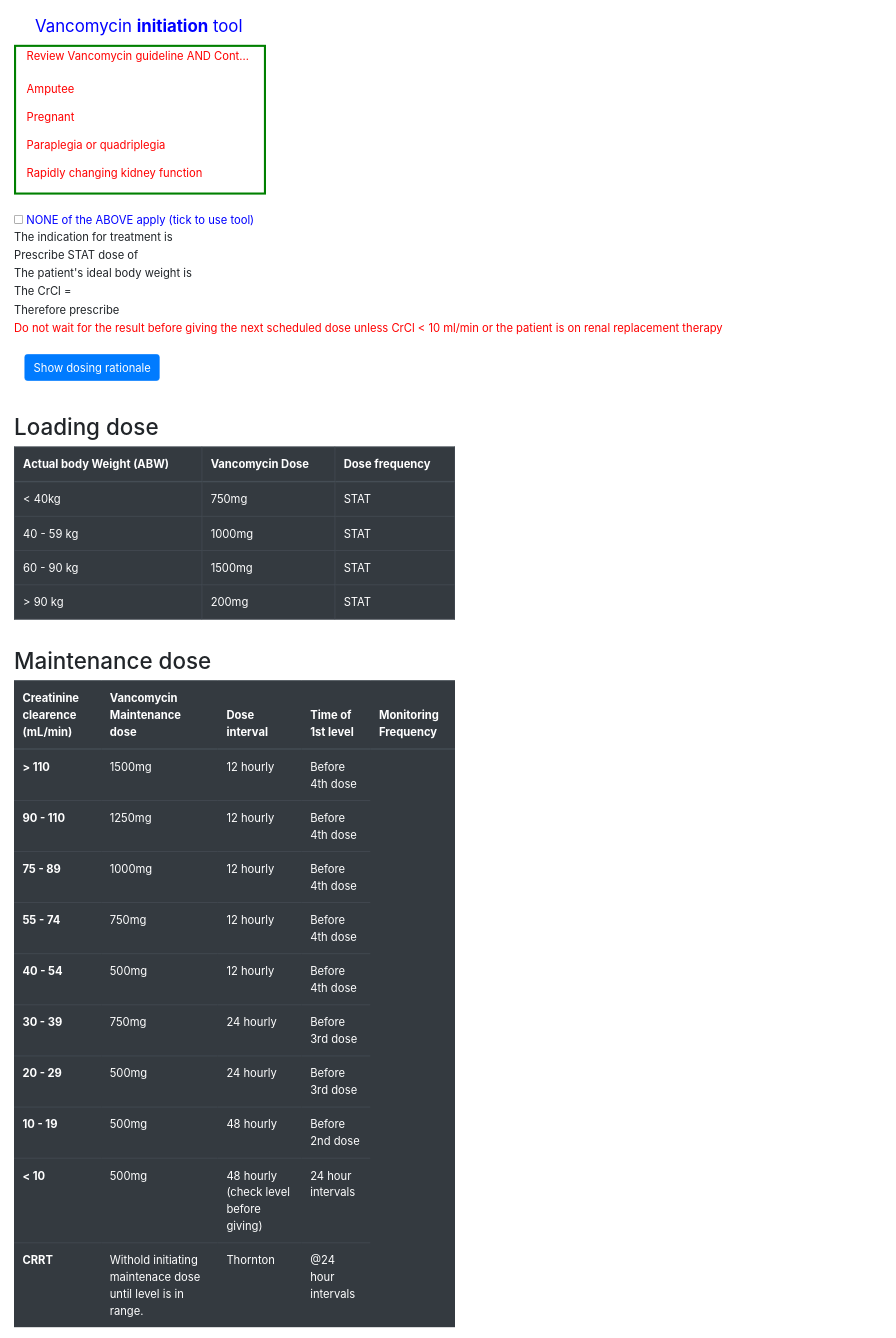
Repository: Mismiles/project-clinical-calculator
Page: index.html
The author's editor kept a record of every edit. The page is drawn from the files as they stood at one moment, then again after the next edit.
The browser window is 1280 px wide. The pictures show the whole page, at 70% of full size.

Above is the page before.

### index.html
<!doctype html>
<html lang="en">
  <head>
    <!-- Required meta tags -->
    <meta charset="utf-8">
    <meta name="viewport" content="width=device-width, initial-scale=1, shrink-to-fit=no">

    <!-- Bootstrap CSS -->
    <link rel="stylesheet" href="https://stackpath.bootstrapcdn.com/bootstrap/4.3.1/css/bootstrap.min.css" integrity="sha384-ggOyR0iXCbMQv3Xipma34MD+dH/1fQ784/j6cY/iJTQUOhcWr7x9JvoRxT2MZw1T" crossorigin="anonymous">

    <!-- Custom CSS -->
    <link href="css/stylesheet.css" rel="stylesheet">

    <title>Vancomycin calculation tool</title>

  </head>
  <body>

<form name="vanc">
<fieldset>

<!-- Form Name -->
<legend>Vancomycin <b>initiation</b> tool</legend>

<!-- Parameters -->
<section id='parameters'>
  <div class="col-md-4 statement" for="parameters" style="color:red">Review Vancomycin guideline AND Contact Pharmacy if any apply, as this tool will not give relevant advice.
    <br>
    <br>
    <p>Amputee</p>
    <p>Pregnant</p>
    <p>Paraplegia or quadriplegia</p>
    <p>Rapidly changing kidney function</p>
	</div>
</section>

<!-- Safe to use tool-->
	<br>
	<div style="color:blue">
      <input type="checkbox" name="parameters" id="showform" onclick="displayForm(); hideParameters();">
      NONE of the ABOVE apply (tick to use tool)
</div>

<section id='vancform'>
<!-- Indication-->
<br>
<div class="form-group">
  <label class="col-md-4 control-label" for="indication"><b>Indication</b></label>
  <div class="col-md-4">
  <input id="ind" name="indication" type="text" autocomplete="off" placeholder="Specify" class="form-control input-md" required="">
  </div>
</div>

<!-- Gender -->
<div class="form-group">
  <label class="col-md-4 control-label" for="gender"><b>Gender</b></label>
  <div class="col-md-4">
   <div class="btn-group btn-group-toggle" data-toggle="buttons">
  <label class="btn btn-outline-primary">
    <input type="radio" name="options" id="male" value="males" onclick="getGender()"> Male
  </label>
  <label class="btn btn-outline-danger">
    <input type="radio" name="options" id="female" value="females" onclick="getGender()"> Female
  </label>
</div>
  </div>
</div>

<!-- Age-->
<div class="form-group">
  <label class="col-md-4 control-label" for="age"><b>Age</b></label>
  <div class="col-md-4">
  <input id="age" name="age" type="text" maxlength="3" placeholder="Age in years" autocomplete="off" class="form-control input-md" required="">
  </div>
</div>

<!-- Weight-->
<div class="form-group">
  <label class="col-md-4 control-label" for="weight"><b>Weight in kg</b></label>
  <div class="col-md-4">
  <input id="weight" name="weight" type="text" maxlength="3" placeholder="Weight in kg" autocomplete="off" class="form-control input-md" required="">
</div>
</div>

<!-- Date picker-->
<div class="form-group">
        <label class="col-md-4 control-label" for="date"><b>Date Weight Taken</b></label>
          <div class="col-md-4">
        <input id="form-control input-md date" name="date" autocomplete="off" placeholder="MM/DD/YYY" type="date" required="" onclick="verifyDate()">
          </div>
</div>
<p id="datemessage"></p>

  <div class="checkbox">
    <label for="parameters-0">
      <input type="radio" name="parameters" id="abnormalWeight" value="" onclick="displayHeight();">
      Abnormal Weight (BMI &lt; 18.5 OR BMI &gt; 25) <br><span style="color:green"><i>Tick to help calculate BMI</i></span>
    </label>
	</div>

	 <div class="checkbox">
    <label for="parameters-1">
      <input type="radio" name="parameters" id="normalweight" value="" onclick="toggleIBW(); displayHeight();">
      Normal weight (BMI &gt; 18.5 and &lt; 25)
    </label>
	</div>
</div>
</div>

<!-- Height-->
<section id="heightbox" class="form-group">
  <label class="col-md-4 control-label" for="height"><b>Height in cm</b></label>
  <div class="col-md-4">
  <input id="height" name="height" type="text" maxlength="3" autocomplete="off" placeholder="Height in cm" class="form-control input-md" required="">
</div>
</section>

<!-- Creatinine-->
<div class="form-group">
  <label class="col-md-4 control-label" for="creatinine"><b>Serum Creatinine in µmol/L</b></label>
  <div class="col-md-4">
  <input id="creatinine" name="creatinine" type="text" autocomplete="off" maxlength="3" placeholder="Creatinine" class="form-control input-md" data-bind="value:replyNumber" required="">
  </div>
</div>

<!-- Disclaimer-->
<div style="color:red">
      <input type="checkbox" name="safetyline" id="disclaimer" onclick="safety();">
      I confirm that this tool takes no clinical responsibility for outcomes <br>
      and I will use this tool <b>only to aid my ultimate clinical decision.</b>
</div>

<!-- Button -->
<div class="form-group">
  <label class="col-md-4 control-label" for="calculate"></label>
  <div class="col-md-4">
    <script type="text/javascript" src="js/calculation.js"></script>
    <button id="calc" name="calculate" type="button" class="btn btn-primary" onclick="runCalcs();" >Display dose and monitoring advice</button>
  </div>
</div>

</fieldset>
</form>
</section>

<section id="dosingAdvice">
<p id="indication" class="text">The indication for treatment is</p>
<p id="stat_dose" class="text">Prescribe STAT dose of</p>
<p id="bmi_calc" class="text">The patient's BMI is</p>
<p id="ibw_text" class="text">The patient's ideal body weight is</p>
<p id="result_g" class="text">The CrCl =</p>
<p id="main_dose" class="text">Therefore prescribe</p>
<p id="poor_renal"class="text">Do not wait for the result before giving the next scheduled dose unless CrCl < 10 ml/min
or the patient is on renal replacement therapy</p>

<br>

<!-- Explain Button -->
  <div class="col-md-4">
    <button id="explain" name="exp" type="button" class="btn btn-primary" onclick="displayReasoning(); highlightWtable(); highlightRtable(); explain(); scrollWin();" >Show dosing rationale</button>
  </div>
</div>

</section>

<br>

<section id="explainDosing"
<!--Show formulas -->
<div id="showFormulas"></div>

<br>


<h2>Loading dose</h2>

<table class="col-md-6 table table-bordered table-dark">
  <thead>
    <tr>
      <th scope="col">Actual body Weight (ABW)</th>
      <th scope="col">Vancomycin Dose</th>
      <th scope="col">Dose frequency</th>
    </tr>
  </thead>
  <tbody>
    <tr id="under40">
      <td>< 40kg</td>
      <td>750mg</td>
      <td>STAT</td>
    </tr>
    <tr id="w40to59">
      <td>40 - 59 kg</td>
      <td>1000mg</td>
      <td>STAT</td>
    </tr>
    <tr id="w60to90">
      <td>60 - 90 kg</td></td>
      <td>1500mg</td>
      <td>STAT</td>
    </tr>
    <tr id="over90">
      <td>> 90 kg</td></td>
      <td>200mg</td>
      <td>STAT</td>
    </tr>
  </tbody>
</table>

<br>

<h2>Maintenance dose</h2>

<table class="col-md-6 table table-dark">
  <thead>
    <tr>
      <th scope="col">Creatinine clearence (mL/min)</th>
      <th scope="col">Vancomycin Maintenance dose</th>
      <th scope="col">Dose interval</th>
      <th scope="col">Time of 1st level</th>
      <th scope="col">Monitoring Frequency</th>
    </tr>
  </thead>
  <tbody>
    <tr id="rOver110">
      <th>> 110</th>
      <td>1500mg</td>
      <td>12 hourly</td>
      <td>Before 4th dose</td>
    </tr>
    <tr id="r90to110">
      <th>90 - 110</th>
      <td>1250mg</td>
      <td>12 hourly</td>
      <td>Before 4th dose</td>
    </tr>
    <tr  id="r75to89">
      <th>75 - 89</th>
      <td>1000mg</td>
      <td>12 hourly</td>
      <td>Before 4th dose</td>
    </tr>
     <tr id="r55to74">
      <th>55 - 74</th>
      <td>750mg</td>
      <td>12 hourly</td>
      <td>Before 4th dose</td>
    </tr>
    <tr id="r40to54">
      <th>40 - 54</th>
      <td>500mg</td>
      <td>12 hourly</td>
      <td>Before 4th dose</td>
    </tr>
    <tr id="r30to39">
      <th>30 - 39</th>
      <td>750mg</td>
      <td>24 hourly</td>
      <td>Before 3rd dose</td>
    </tr>
    <tr id="r20to29">
      <th>20 - 29</th>
      <td>500mg</td>
      <td>24 hourly</td>
      <td>Before 3rd dose</td>
    </tr>
    <tr id="r10to19">
      <th>10 - 19</th>
      <td>500mg</td>
      <td>48 hourly</td>
      <td>Before 2nd dose</td>
    </tr>
    <tr id="r10to0">
      <th>< 10</th>
      <td>500mg</td>
      <td>48 hourly (check level before giving)</td>
      <td>24 hour intervals</td>
    </tr>
    <tr id="CRRT">
      <th>CRRT</th>
      <td>Withold initiating maintenace dose until level is in range.</td>
      <td>Thornton</td>
      <td>@24 hour intervals</td>
    </tr>
  </tbody>
</table>


<!-- Image carousel -->
  <div id="carouselExampleIndicators" class="carousel slide row" data-ride="carousel">
  <ol class="carousel-indicators">
    <li data-target="#carouselExampleIndicators" data-slide-to="0" class="active"></li>
    <li data-target="#carouselExampleIndicators" data-slide-to="1"></li>
    <li data-target="#carouselExampleIndicators" data-slide-to="2"></li>
    <li data-target="#carouselExampleIndicators" data-slide-to="3"></li>
    <li data-target="#carouselExampleIndicators" data-slide-to="4"></li>
    <li data-target="#carouselExampleIndicators" data-slide-to="5"></li>
    <li data-target="#carouselExampleIndicators" data-slide-to="6"></li>
    <li data-target="#carouselExampleIndicators" data-slide-to="7"></li>
    <li data-target="#carouselExampleIndicators" data-slide-to="8"></li>
    <li data-target="#carouselExampleIndicators" data-slide-to="9"></li>
  </ol>
  <div class="carousel-inner">
    <div class="carousel-item active">
      <img class="d-block w-60" src="images/vanc1.jpg" alt="First slide">
    </div>
    <div class="carousel-item">
      <img class="d-block w-60" src="images/app1.jpg" alt="Second slide">
    </div>
    <div class="carousel-item">
      <img class="d-block w-60" src="images/app2.jpg" alt="Third slide">
    </div>
    <div class="carousel-item">
      <img class="d-block w-60" src="images/app3.jpg" alt="Fourth slide">
    </div>
    <div class="carousel-item">
      <img class="d-block w-60" src="images/app41.jpg" alt="Fifth slide">
    </div>
    <div class="carousel-item">
      <img class="d-block w-60" src="images/app42.jpg" alt="Sixth slide">
    </div>
     <div class="carousel-item">
      <img class="d-block w-60" src="images/app43.jpg" alt="Seventh slide">
    </div>
     <div class="carousel-item">
      <img class="d-block w-60" src="images/app5.jpg" alt="Eigth slide">
     </div>
     <div class="carousel-item">
      <img class="d-block w-60" src="images/app6.jpg" alt="Ninth slide">
     </div>
  </div>

  <a class="carousel-control-prev" href="#carouselExampleIndicators" role="button" data-slide="prev">
    <span class="carousel-control-prev-icon" aria-hidden="true"></span>
    <span class="sr-only">Previous</span>
  </a>
  <a class="carousel-control-next" href="#carouselExampleIndicators" role="button" data-slide="next">
    <span class="carousel-control-next-icon" aria-hidden="true"></span>
    <span class="sr-only">Next</span>
  </a>
</div>


    <!-- jQuery first, then Popper.js, then Bootstrap JS -->
    <script src="https://code.jquery.com/jquery-3.3.1.slim.min.js" integrity="sha384-q8i/X+965DzO0rT7abK41JStQIAqVgRVzpbzo5smXKp4YfRvH+8abtTE1Pi6jizo" crossorigin="anonymous"></script>
    <script src="https://cdnjs.cloudflare.com/ajax/libs/popper.js/1.14.7/umd/popper.min.js" integrity="sha384-UO2eT0CpHqdSJQ6hJty5KVphtPhzWj9WO1clHTMGa3JDZwrnQq4sF86dIHNDz0W1" crossorigin="anonymous"></script>
    <script src="https://stackpath.bootstrapcdn.com/bootstrap/4.3.1/js/bootstrap.min.js" integrity="sha384-JjSmVgyd0p3pXB1rRibZUAYoIIy6OrQ6VrjIEaFf/nJGzIxFDsf4x0xIM+B07jRM" crossorigin="anonymous"></script>

        <!-- Calulation JavaScript Code-->
    <script type="text/javascript" href="js/calculation.js"></script>

  </body>
</html>

### css/stylesheet.css
body {
    position: relative;
    font-size: 1em;
    margin-left: 20px;
    margin-top: 20px;

}

legend {
    padding-left: 30px;
    color: blue;
}

.statement {
 border-style: solid;
 border-color: green;
 white-space: nowrap;
 width: 360px;
 overflow: hidden;
 text-overflow: ellipsis;
  }

 .showform {
     color: blue;
 }

#heightbox{
  display: none;
}

#dosingAdvice{
  display: block;
}

#bmi_calc{
    display: none;
}

#vancform {
  display: none;
}

#parameters{
    display: block;
}

#ibw_text{
    display: block;
}

#calc{
    display: none;
}

#poor_renal{
    color: red;
}

.text{
    margin-bottom: 2px;
}

.datemessage{
    color: red;
}


.carousel {
  width:740px;
  height:860px;
  display: none !important;
}

Loaded but not shown: js/calculation.js (384 lines, source omitted)

After the next edit:
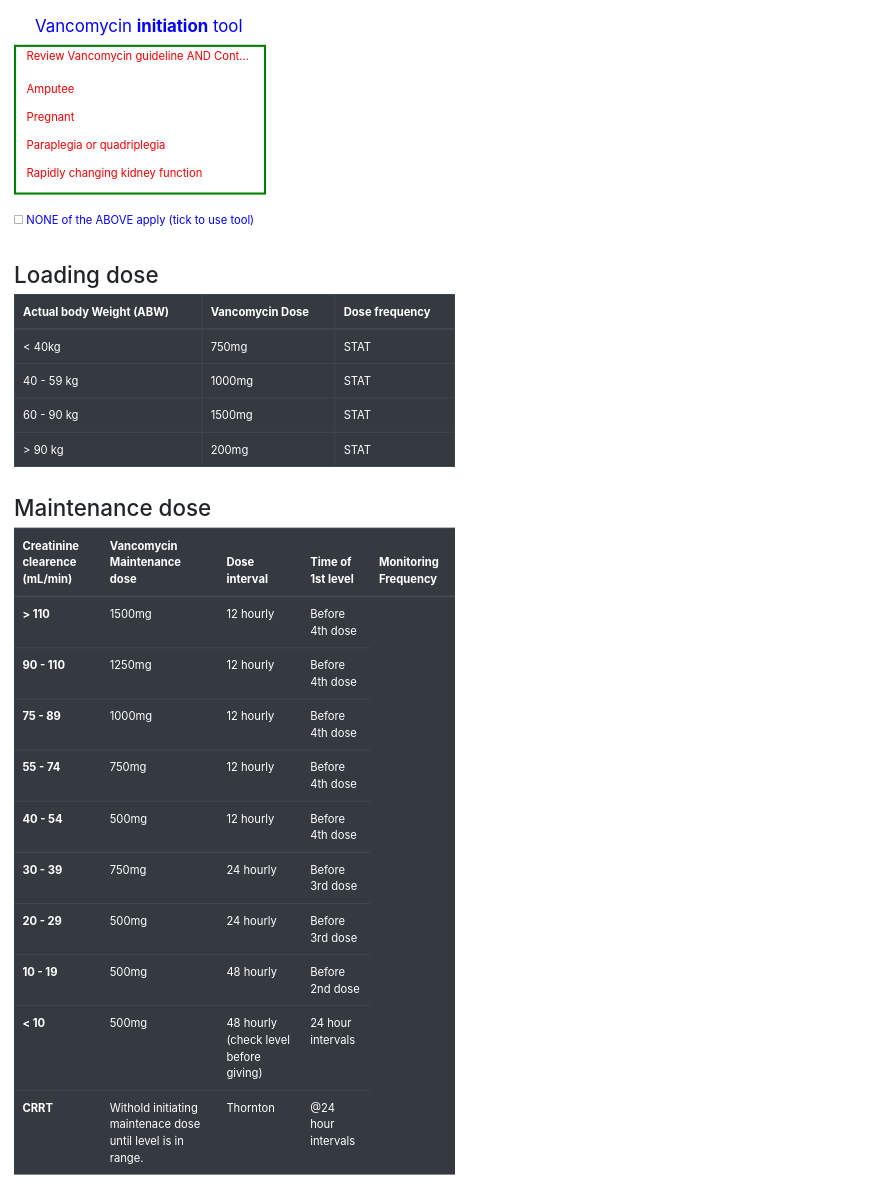
The edit:
--- a/css/stylesheet.css
+++ b/css/stylesheet.css
@@ -29,7 +29,7 @@
 }
 
 #dosingAdvice{
-  display: block;
+  display: none;
 }
 
 #bmi_calc{
